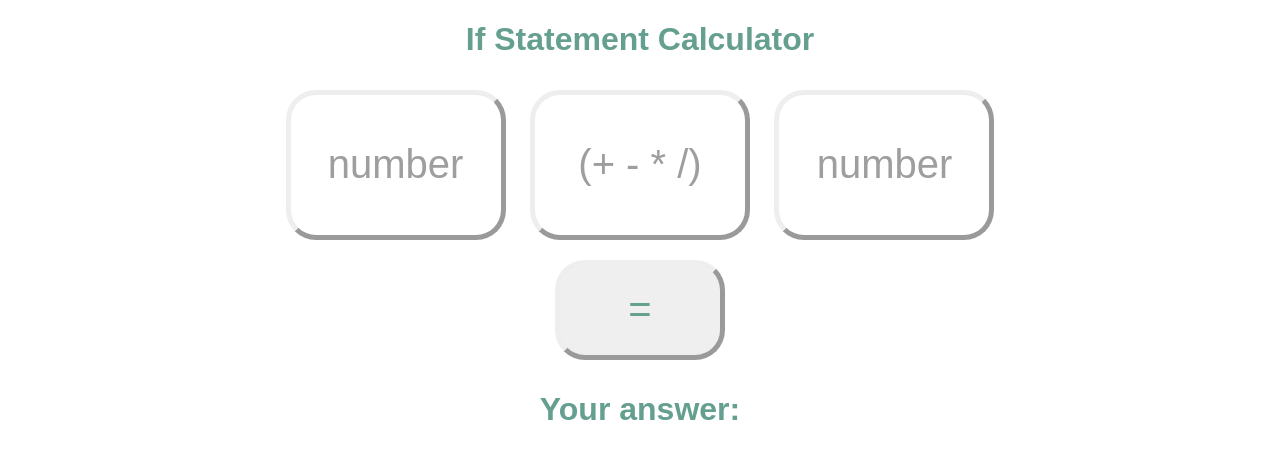
Repository: WesleyErasmus/threeInputCalculator
Page: html/if-calculator.html
These files come from the project's save history. The page is drawn as it stood at one moment and after the next save; the edit follows.
The browser window is 1280 px wide. The pictures show the whole page.

Above is the page before, as saved 2022-04-27 22:44:31.

### html/if-calculator.html
<!DOCTYPE html>
<html lang="en">
<head>
    <meta charset="UTF-8">
    <meta http-equiv="X-UA-Compatible" content="IE=edge">
    <meta name="viewport" content="width=device-width, initial-scale=1.0">
    <title>JS If Calculator</title>
    <link rel="stylesheet" href="/css/stylesheet.css">
    <script src="/js/if-calculator.js"></script>
</head>
<body>

<center>
    <form onsubmit="return false;">
        <h1>If Statement Calculator</h1>
         <input id="input1" type="text" name = "input1" placeholder="number"> <!-- input-1 -->
         <input id="input3" type="text" name = "input3" placeholder="(+ - * /)"> <!-- input-3 (operator) -->
         <input id="input2" type="text" name = "input2" placeholder="number"> <!-- input-2 -->
        <div>
         <button onclick="sum()">=</button>
        </div>
         <h1>Your answer:</h1>
         <p id="output"></p>
    </form>
</center>
</body>
</html>

### css/stylesheet.css
body {
font-family: sans-serif;
/* background-color: #9e9e9e; */
}
h1 {
    color: #659f8f;
}
form {
display: block;
margin: 0 auto;
}
input {
    /* background-color: #9e9e9e; */
    width: 170px;
    height: 100px;
    padding: 20px;
    margin: 10px;
    text-align: center;
    font-size: 40px;
    border-radius: 30px;
    border: 5px outset;
}
button {
    /* background-color: #d5613a; */
    color: #659f8f;
    width: 170px;
    height: 100px;
    padding: 0;
    margin: 10px;
    font-size: 40px;
    border-radius: 30px;
    border: 5px outset;
}
p {
    text-align: center;
    margin: 10px;
    padding: 20px;
    font-size: 75px;
    border-radius: 10px;
    color: #d5613a;
}
::placeholder {
    color: #9e9e9e;
}

### js/if-calculator.js
function sum() {
const num1 = document.getElementById("input1").value;
const num2 = document.getElementById("input2").value;
const operator = document.getElementById("input3").value;
const output = document.getElementById("output").value;
  let answer;
  document.getElementById("output").value;
  if (operator == '+') {
    answer = +num1 + +num2;
    document.getElementById("output").innerHTML = answer;
  } else if (operator == '-') {
    answer = num1 - num2;
    document.getElementById("output").innerHTML = answer;
  } else if (operator == '*') {
    answer = num1 * num2;
    document.getElementById("output").innerHTML = answer;
  } else {
    answer = num1 / num2;
    document.getElementById("output").innerHTML = answer;
  }console.log(answer);
}

After the next save:
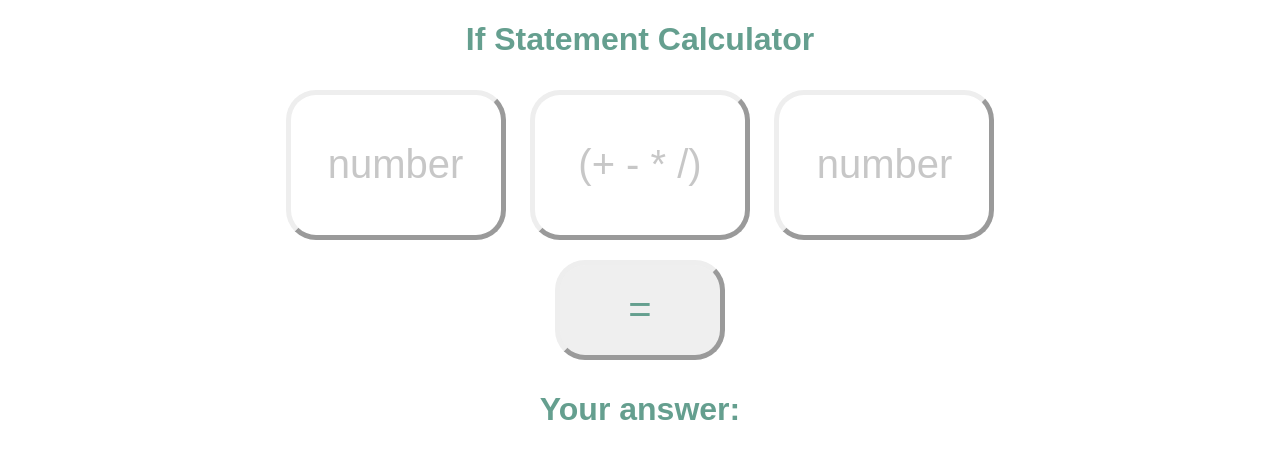
Saved 9 s later.
--- a/css/stylesheet.css
+++ b/css/stylesheet.css
@@ -40,5 +40,5 @@ p {
     color: #d5613a;
 }
 ::placeholder {
-    color: #9e9e9e;
+    color: #9e9e9e94;
 }
